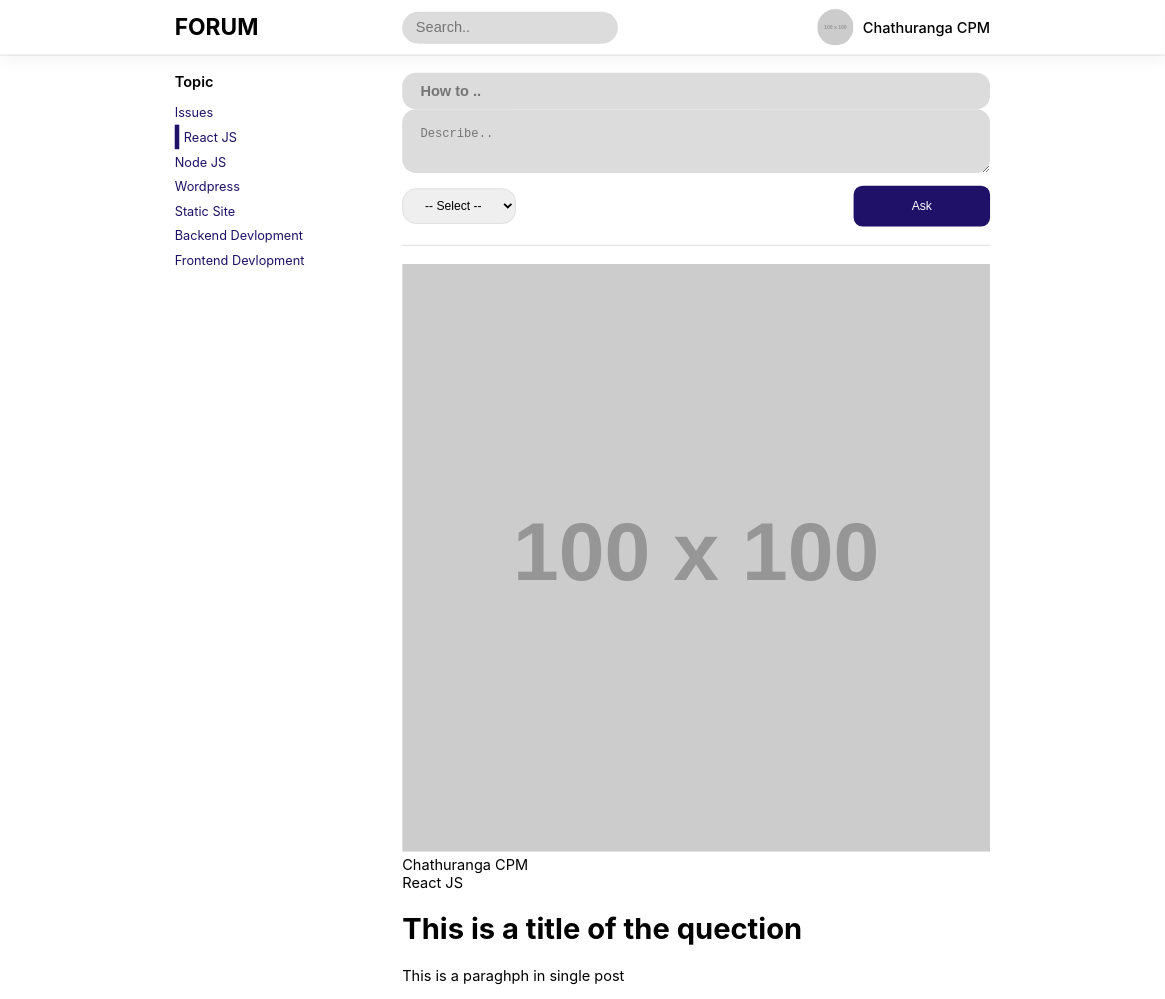
Repository: ChathurangaCPM/developer-forum
Page: / (app in client/)
These files come from the project's save history. The page is drawn as it stood at one moment and after the next save; the edit follows.
The browser window is 1280 px wide. The pictures show the whole page, at 91% of full size.
The project was rebuilt for these pictures with package versions that can differ from the ones it lists, and the page was loaded fresh each time.

Above is the page before, as saved 2022-05-09 22:04:18.

After the next save:
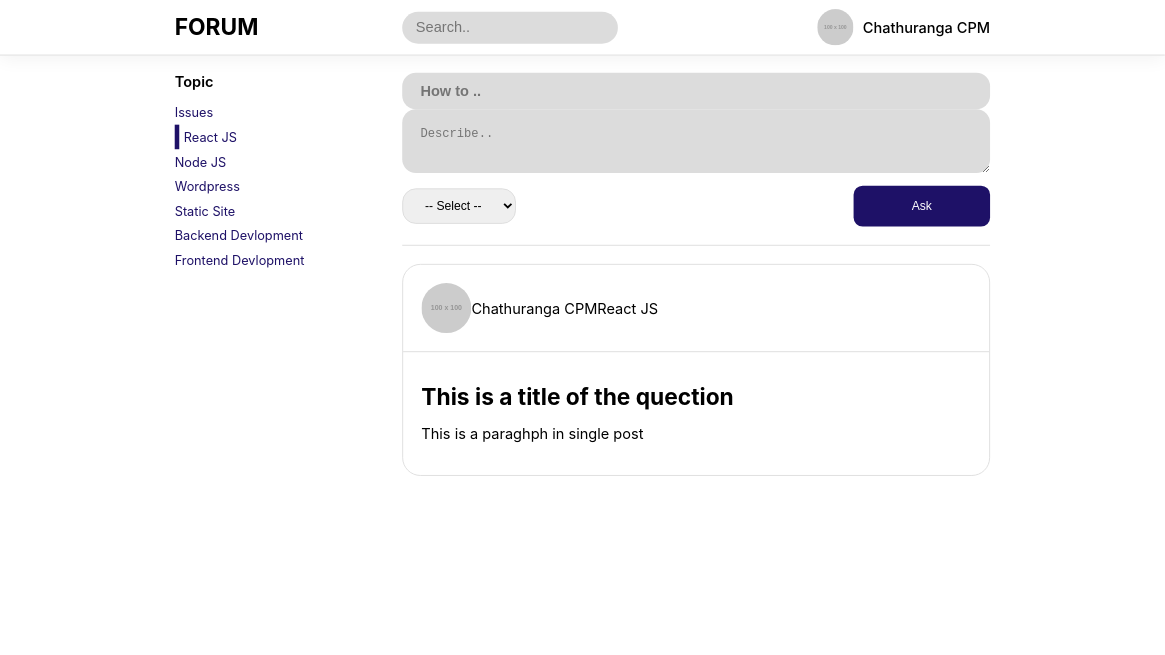
Saved 31 s later.
--- a/client/src/components/SingleQuestion/SingleQuestion.js
+++ b/client/src/components/SingleQuestion/SingleQuestion.js
@@ -1,3 +1,4 @@
+import '../../components/SingleQuestion/SingleQuestion.min.css';
 
 function SingleQuestion() {
 	return (
